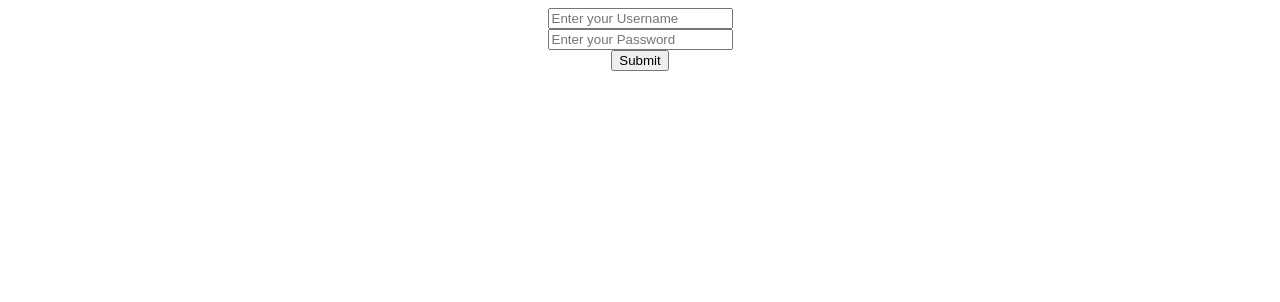
Repository: HoangDuy315/web-dev2022
Page: hw151022/ex2/ex2.1/index.html
The author's editor kept a copy of each file at every save. The page is drawn from the files as they stood at one save, then again after the next save.
The browser window is 1280 px wide. The pictures show the whole page.

Above is the page before, as saved 2022-10-15 14:57:04.

After the next save:
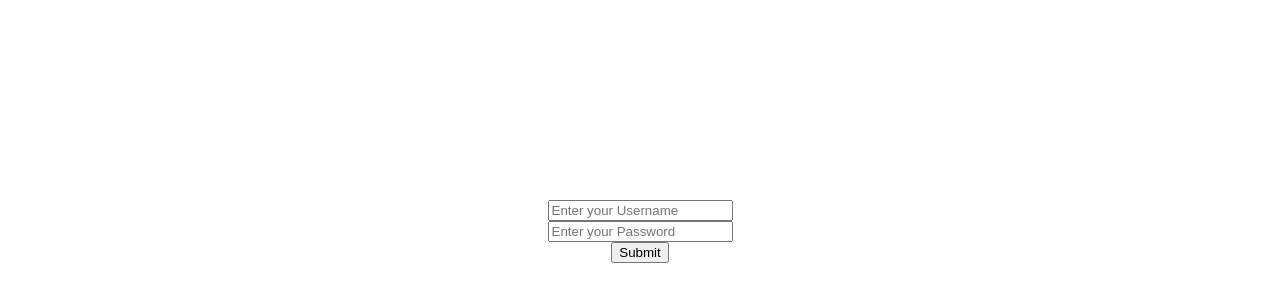
Saved 23 s later.
--- a/hw151022/ex2/ex2.1/index.css
+++ b/hw151022/ex2/ex2.1/index.css
@@ -3,5 +3,5 @@
   display: flex;
   align-items: center;
   justify-content: center;
-  margin: 5px 10px;
+  margin-top: 200px;
 }
